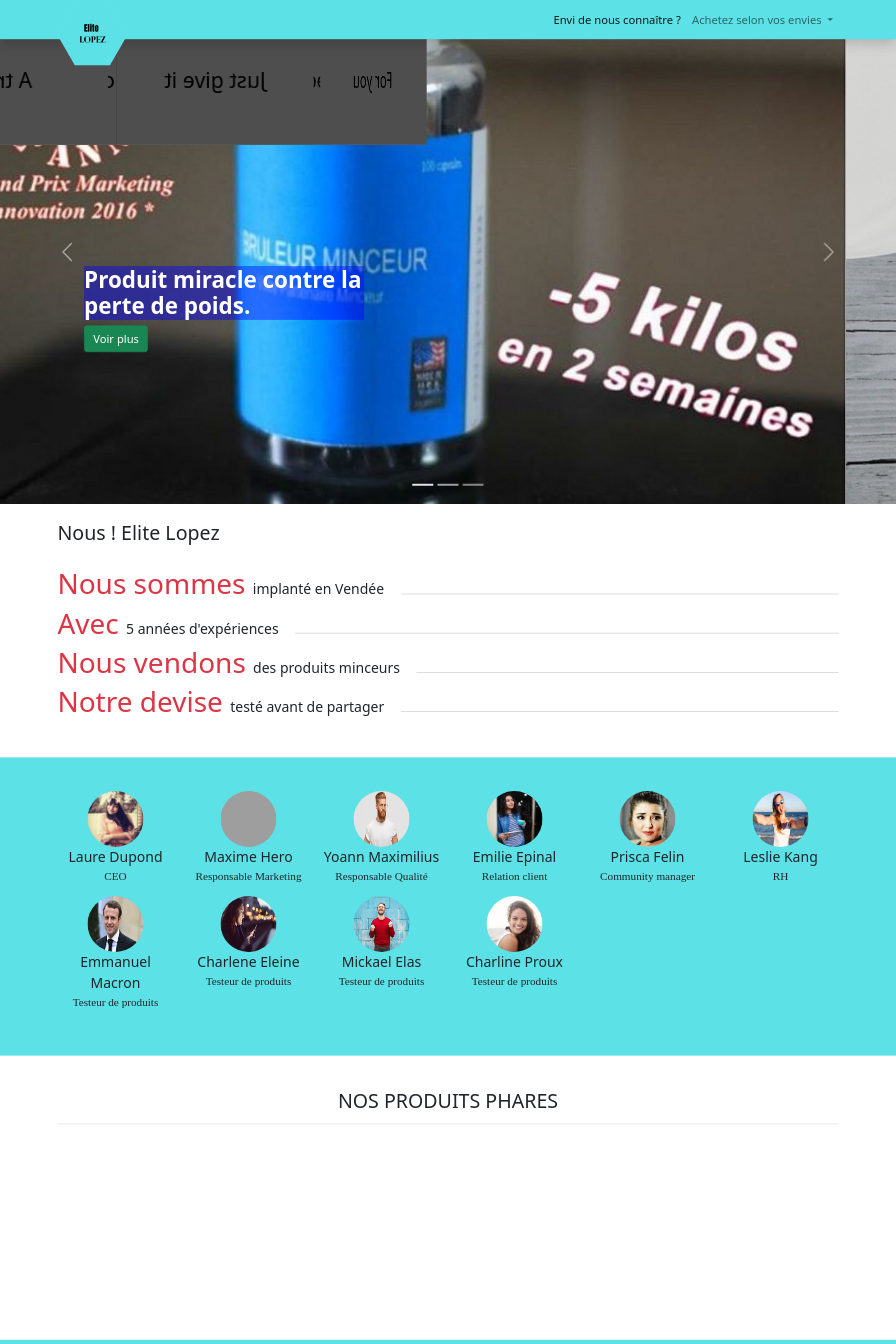
Repository: ypiard85/elitlopez
Page: index.html
An editor plug-in stored every save of this project. The page is shown before and after the next save, followed by the edit.
The browser window is 1280 px wide. The pictures show the part of the page from y = 0 to 1920 px (the page is 4373 px tall before and 4165 px after), at 70% of full size.
Pictures or frames that could not be fetched are drawn as grey boxes.

Above is the page before, as saved 2021-04-13 12:31:34.

After the next save:
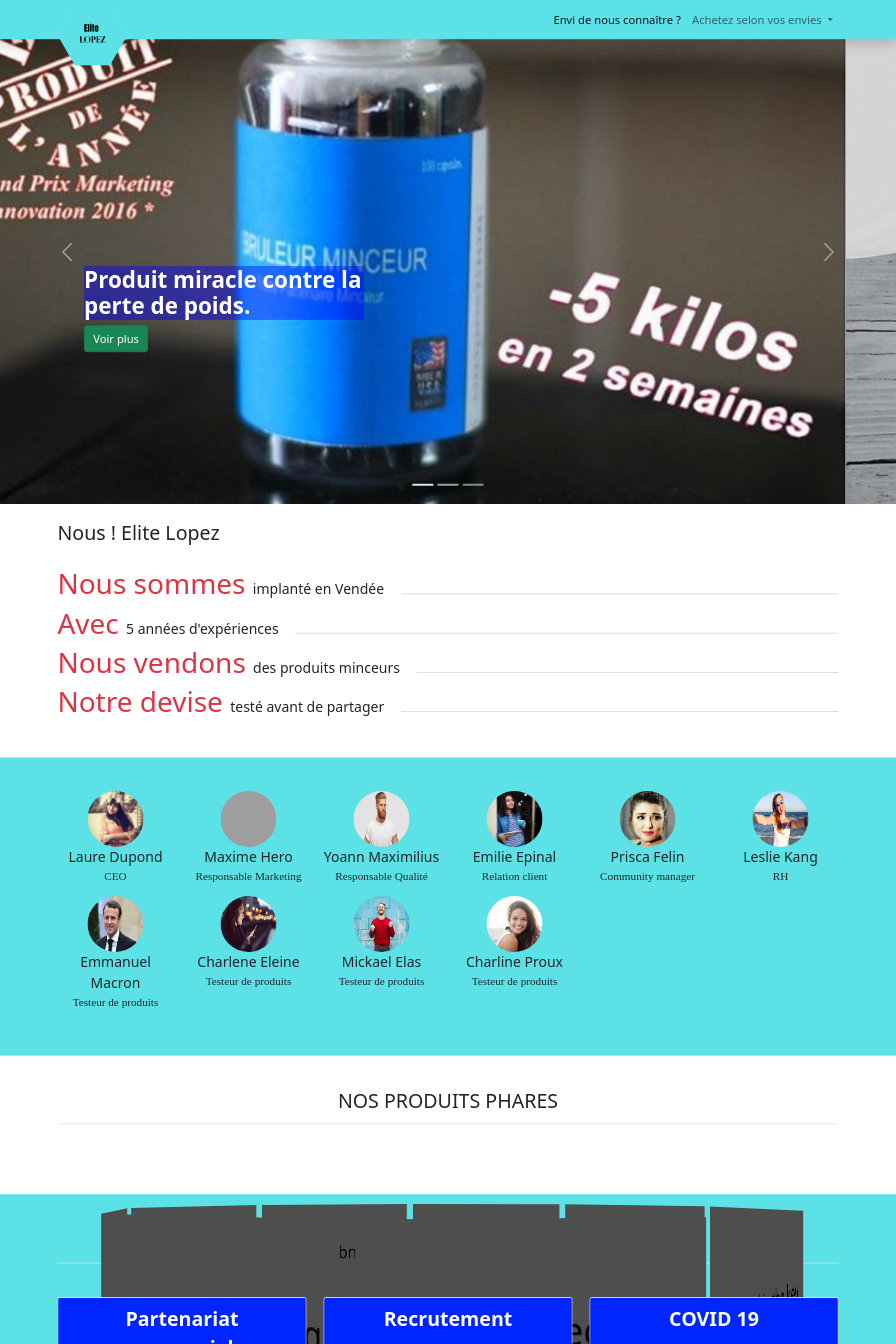
Saved 7 s later.
--- a/asset/css/carousel.css
+++ b/asset/css/carousel.css
@@ -1,4 +1,9 @@
-.carousel-
+.container-carousel{
+    position: relative;
+    width: 320px;
+    margin: 100px auto 0 auto;
+    perspective: 1000px;
+}
 
 
   .carousel-two {
